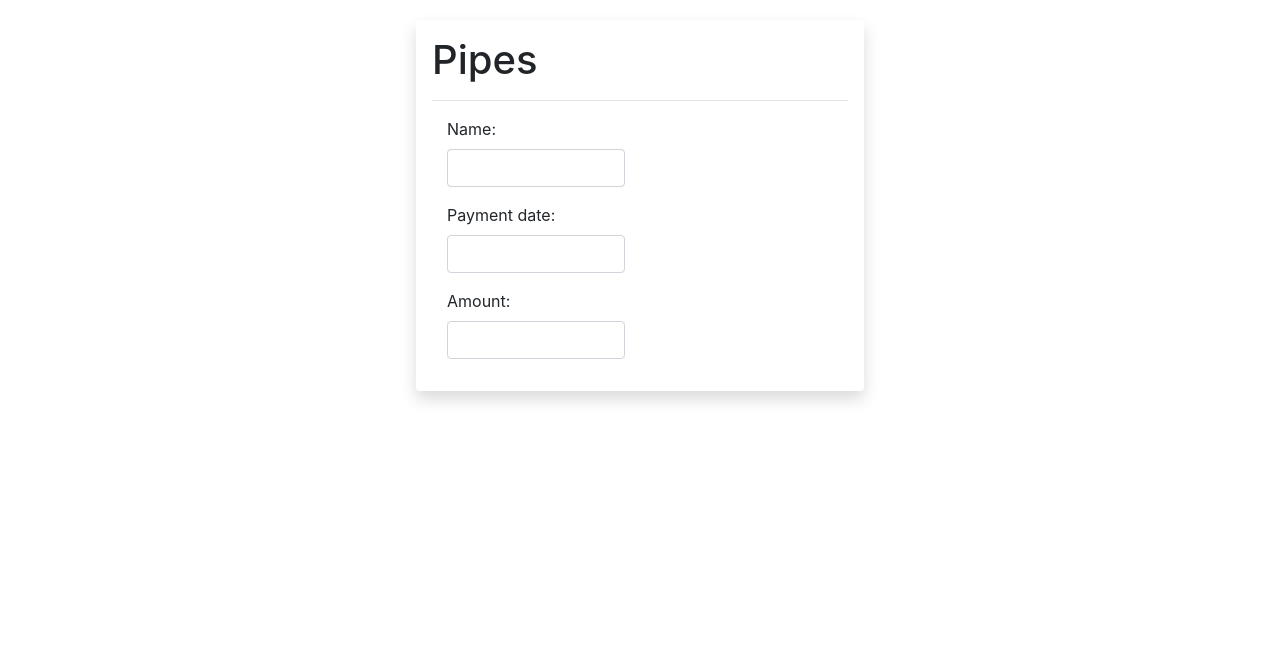
Repository: Evincars/udemy-angular
Page: / (app in pipes/)
An editor plug-in stored every save of this project. The page is shown before and after the next save, followed by the edit.
The browser window is 1280 px wide. The pictures show the whole page.
The project was rebuilt for these pictures with package versions that can differ from the ones it lists, and the page was loaded fresh each time. Also part of the build but not shown: pipes/angular.json.

Above is the page before, as saved 2020-04-05 10:13:22.

### pipes/src/app/app.component.html
<div class="container shadow p-3 mb-5 bg-white rounded">
  <h1>Pipes</h1>
  <hr>
  <div class="col-md-6">
    <form>
      <div class="form-group">
        <label>Name:</label>
        <input type="text" class="form-control" (input)="onNameChange($event.target.value)" />
      </div>
      <div class="form-group">
        <label>Payment date:</label>
        <input type="text" class="form-control" />
      </div>
      <div class="form-group">
        <label>Amount:</label>
        <input type="text" class="form-control" />
      </div>
    </form>
  </div>
  <div class="col-md-6">

  </div>
</div>

### pipes/src/app/app.component.scss
.container {
  margin-top: 20px;
  width: 35%;
}

Loaded but not shown: pipes/src/index.html (common file); pipes/src/styles.scss (common file); pipes/src/main.ts (common file); pipes/src/app/app.module.ts (common file); pipes/src/environments/environment.ts (common file); pipes/src/app/app.component.ts (common file)

After the next save:
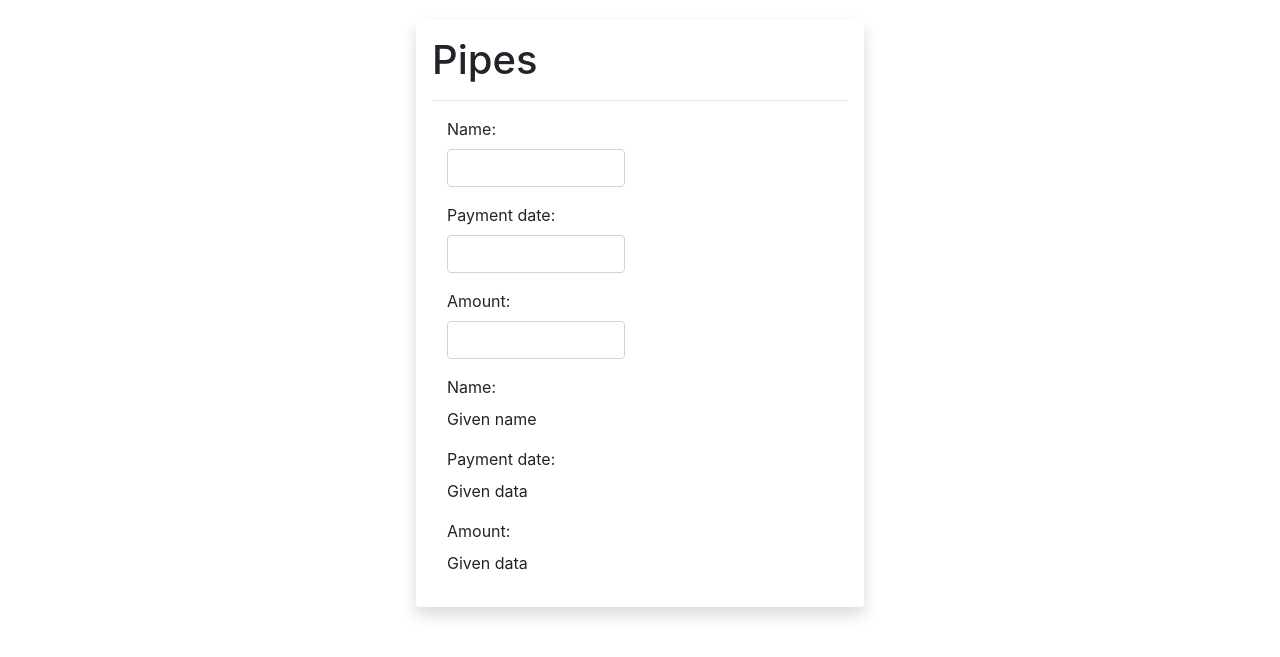
Saved 75 s later.
--- a/pipes/src/app/app.component.html
+++ b/pipes/src/app/app.component.html
@@ -18,6 +18,11 @@
     </form>
   </div>
   <div class="col-md-6">
-
+      <label>Name:</label>
+      <p>Given name</p>
+      <label>Payment date:</label>
+      <p>Given data</p>
+      <label>Amount:</label>
+      <p>Given data</p>
   </div>
 </div>
